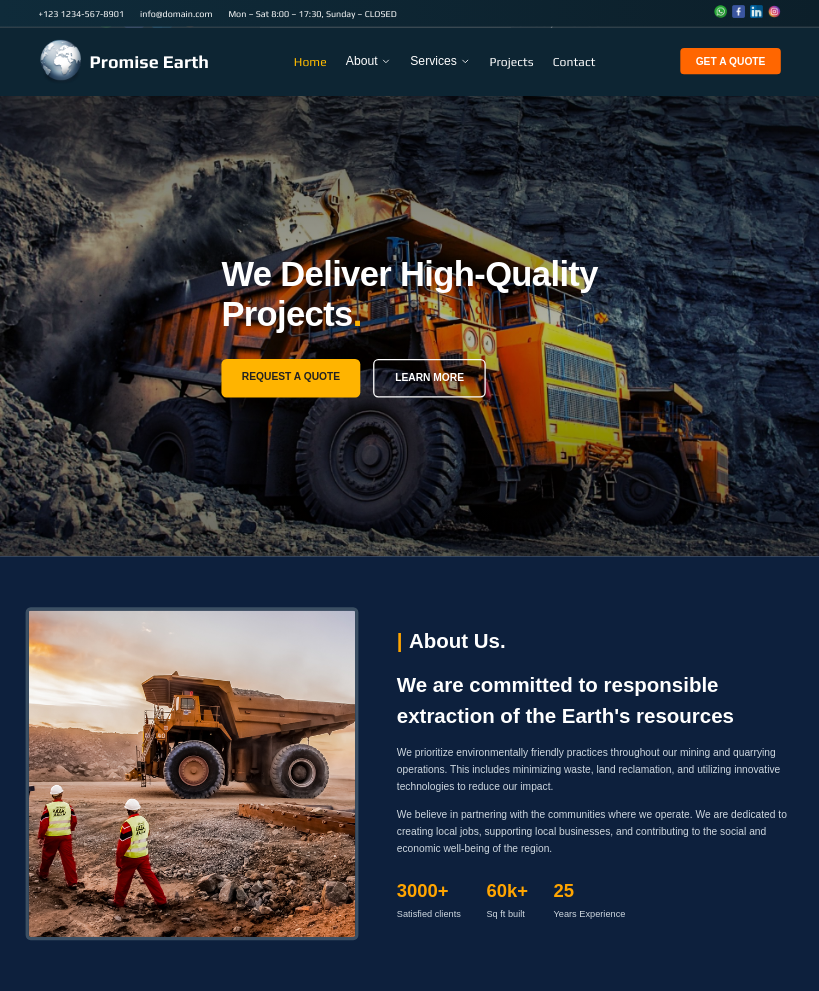
Repository: KC-Minchakpu/promise-earth
Page: /
These files come from the project's save history. The page is drawn as it stood at one moment and after the next save; the edit follows.
The browser window is 1280 px wide. The pictures show the whole page, at 64% of full size.
The project was rebuilt for these pictures with package versions that can differ from the ones it lists, and the page was loaded fresh each time. The framework's server and built-in components were replaced by stand-ins that run in the browser. Also part of the build but not shown: next.config.ts.

Above is the page before, as saved 2026-02-26 15:16:25.

After the next save:
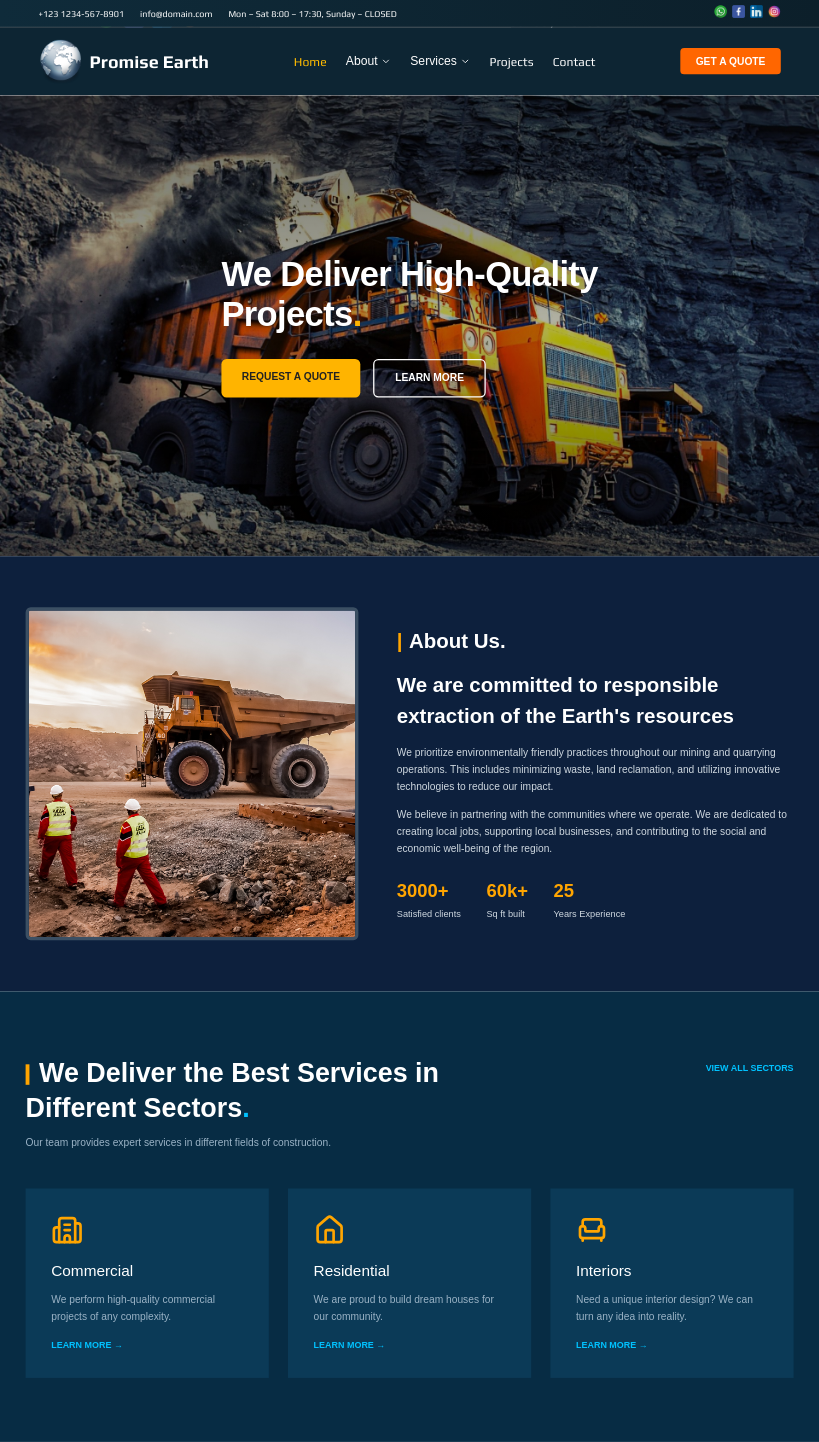
Saved 3 min 11 s later.
--- a/src/app/page.tsx
+++ b/src/app/page.tsx
@@ -1,5 +1,6 @@
 import AboutUsSection from "@/components/About/AboutUsSection";
 import Hero from "@/components/Hero/Hero";
+import ServicesSection from "@/components/Services/ServicesSection";
 
 
 export default function Home() {
@@ -7,6 +8,7 @@ export default function Home() {
    <>
     <Hero />
     <AboutUsSection />
+    <ServicesSection />
   </>
   );
 }
